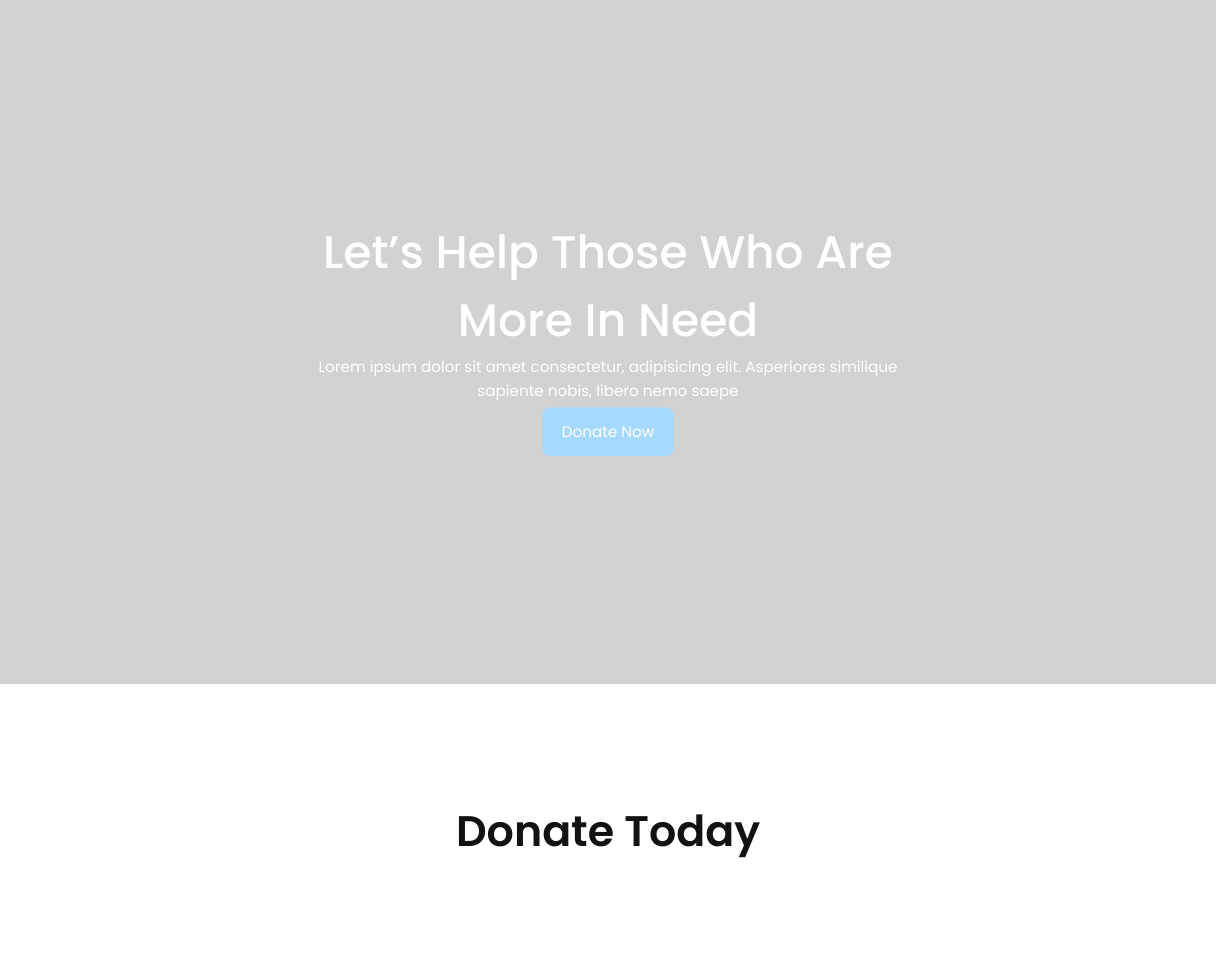
Repository: mdrubel02/donate-website
Page: index.html
These files come from the project's save history. The page is drawn as it stood at one moment and after the next save; the edit follows.
The browser window is 1280 px wide. The pictures show the whole page, at 95% of full size.

Above is the page before, as saved 2022-07-06 12:38:44.

After the next save:
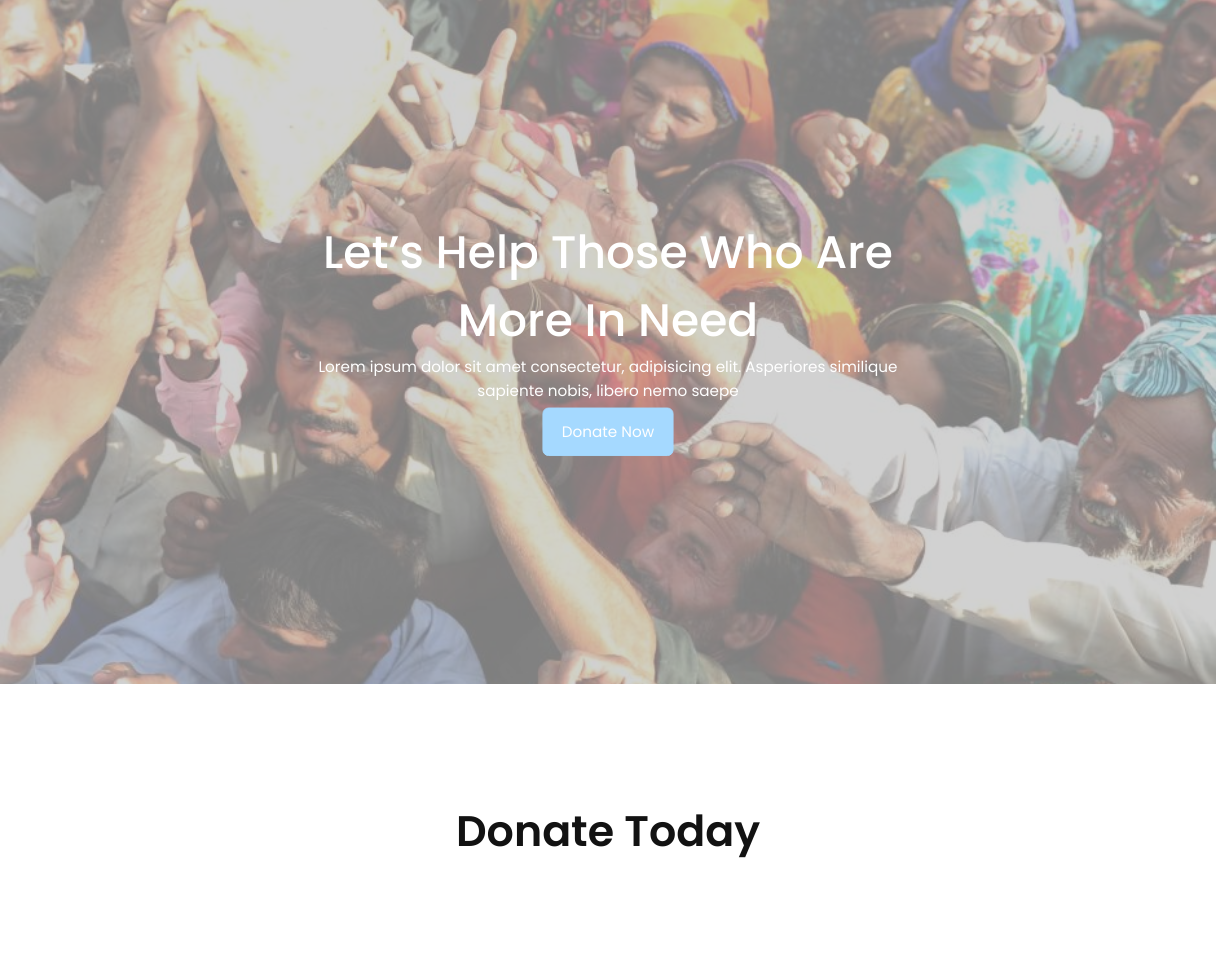
Saved 15 s later.
--- a/index.css
+++ b/index.css
@@ -88,7 +88,7 @@ hr {
 /* ========BANNER SECTION STYLE======== */
 
 .banner-section {
-    background-image:linear-gradient(rgba(0, 0, 0, 0.7),rgba(0, 0, 0, 0.7)) url(./images/donation0.jpg);
+    background-image: url(./images/donation0.jpg);
     background-repeat: no-repeat;
     background-size: cover;
     background-position: center center;
